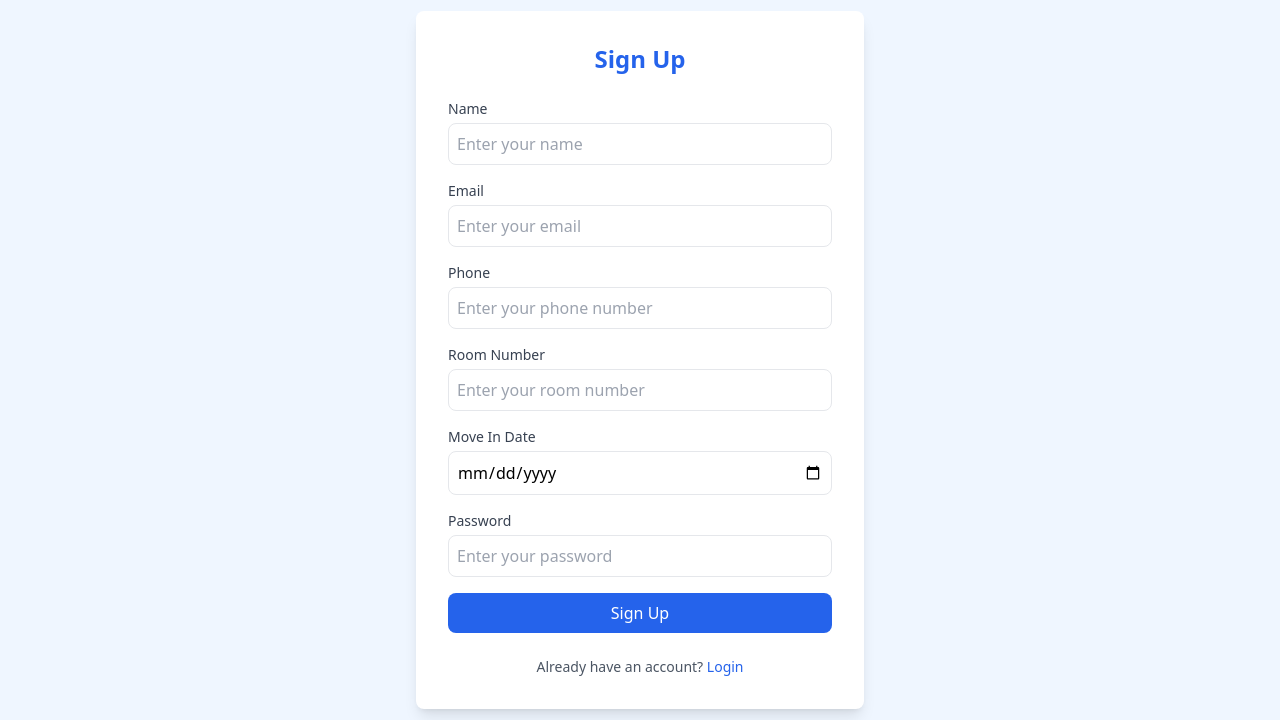
Repository: makanda596/system
Page: /signup (app in client/)
An editor plug-in stored every save of this project. The page is shown before and after the next save, followed by the edit.
The browser window is 1280 px wide. The pictures show the whole page.
The page's requests for data from a server got no answer. The project was rebuilt for these pictures with package versions that can differ from the ones it lists, and the page was loaded fresh each time. No one was signed in, and anything a server would have sent is missing. Also part of the build but not shown: client/src/componets/Hero.jsx, client/src/componets/Navbar.jsx, client/src/componets/Footer.jsx, client/src/Home.jsx, client/src/LoginForm.jsx, client/src/Pages/Dashboard.jsx, client/src/Pages/Payments.jsx, client/src/Pages/Settings.jsx and 6 more. Imported but missing from the stored project, and not drawn on this page: client/src/reportWebVitals.

Above is the page before, as saved 2024-12-12 08:34:32.

After the next save:
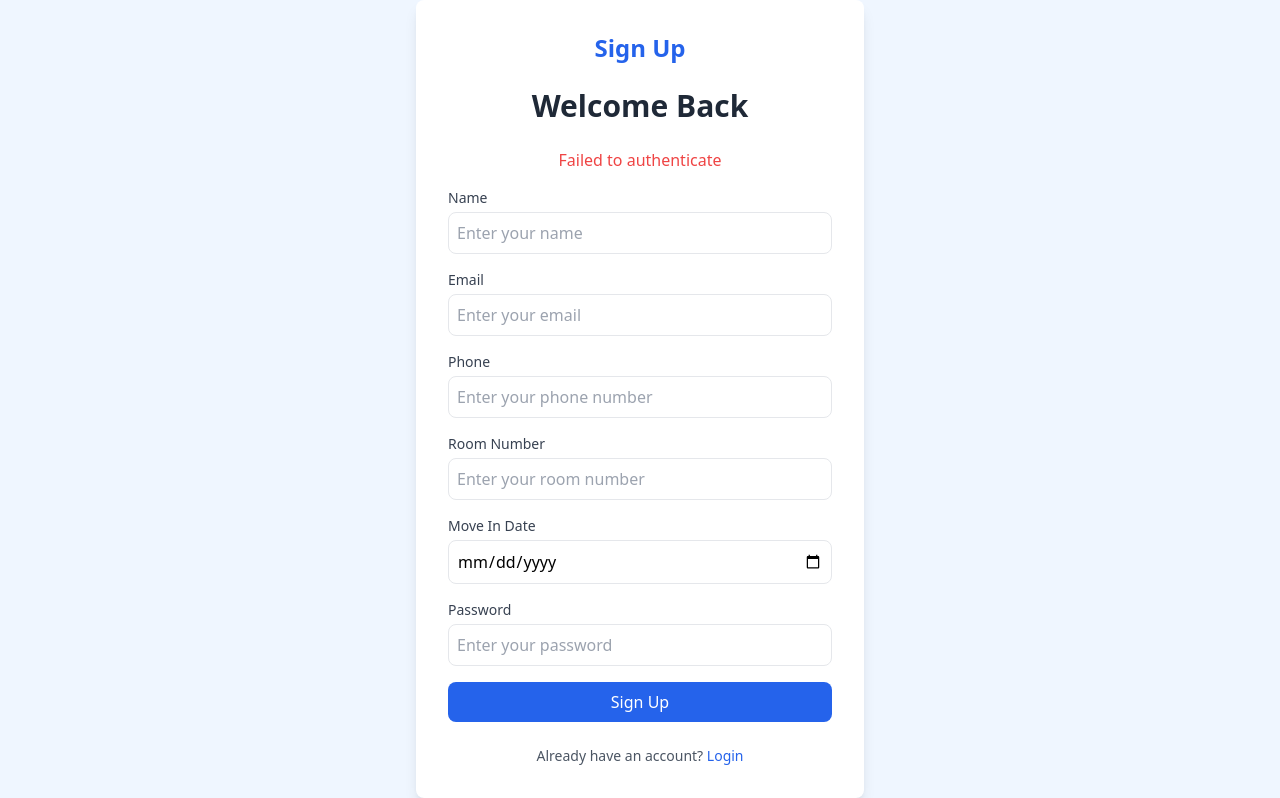
Saved 94 s later.
--- a/client/src/SignUpForm.jsx
+++ b/client/src/SignUpForm.jsx
@@ -28,6 +28,9 @@ function SignUpForm() {
         <div className="min-h-screen bg-blue-50 flex items-center justify-center">
             <div className="bg-white p-8 rounded-lg shadow-lg w-full max-w-md">
                 <h1 className="text-2xl font-bold text-blue-600 text-center mb-6">Sign Up</h1>
+                <h2 className="text-3xl font-semibold text-center text-gray-800 mb-6">Welcome Back</h2>
+                {error && <p className="text-red-500 text-center mb-4">{error}</p>}
+
                 <form onSubmit={handleSubmit} className="space-y-4">
                     <div>
                         <label className="block text-sm font-medium text-gray-700">Name</label>
